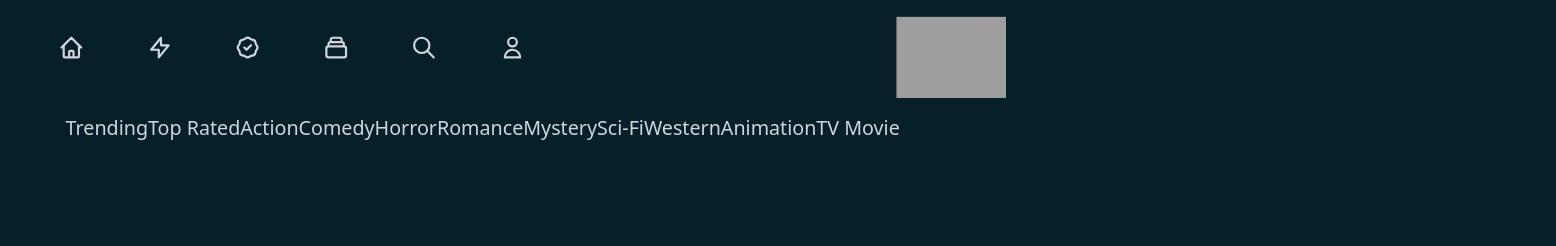
Repository: JuanOnly/hulu-clone
Page: /
The author's editor kept a copy of each file at every save. The page is drawn from the files as they stood at one save, then again after the next save.
The browser window is 1280 px wide. The page is 1280 px wide, then 1897 px, so the pictures cover 1897 px, including what lies to the right of the window. The pictures show the whole page, at 82% of full size.
Pictures or frames that could not be fetched are drawn as grey boxes. The project was rebuilt for these pictures with package versions that can differ from the ones it lists, and the page was loaded fresh each time. The framework's server and built-in components were replaced by stand-ins that run in the browser. Also part of the build but not shown: next.config.js.

Above is the page before, as saved 2021-05-01 08:34:44.

After the next save:
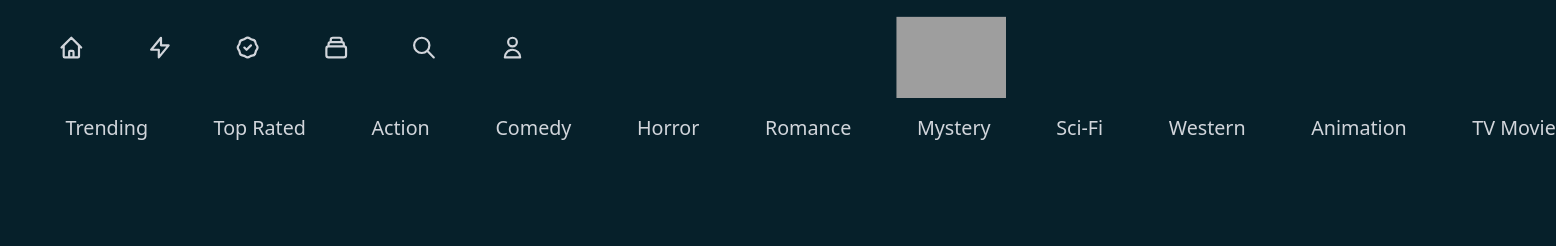
Saved 61 s later.
--- a/components/Nav.js
+++ b/components/Nav.js
@@ -3,7 +3,7 @@ import requests from "../utils/requests";
 function Nav() {
   return (
   <nav>
-      <div className="flex px-10 sm:px-20 text-2xl whitespace-nowrap">
+      <div className="flex px-10 sm:px-20 text-2xl whitespace-nowrap sm:space-x-20">
         {Object.entries(requests).map(([key, { title, url }]) => (
           <h2
           key={key}
